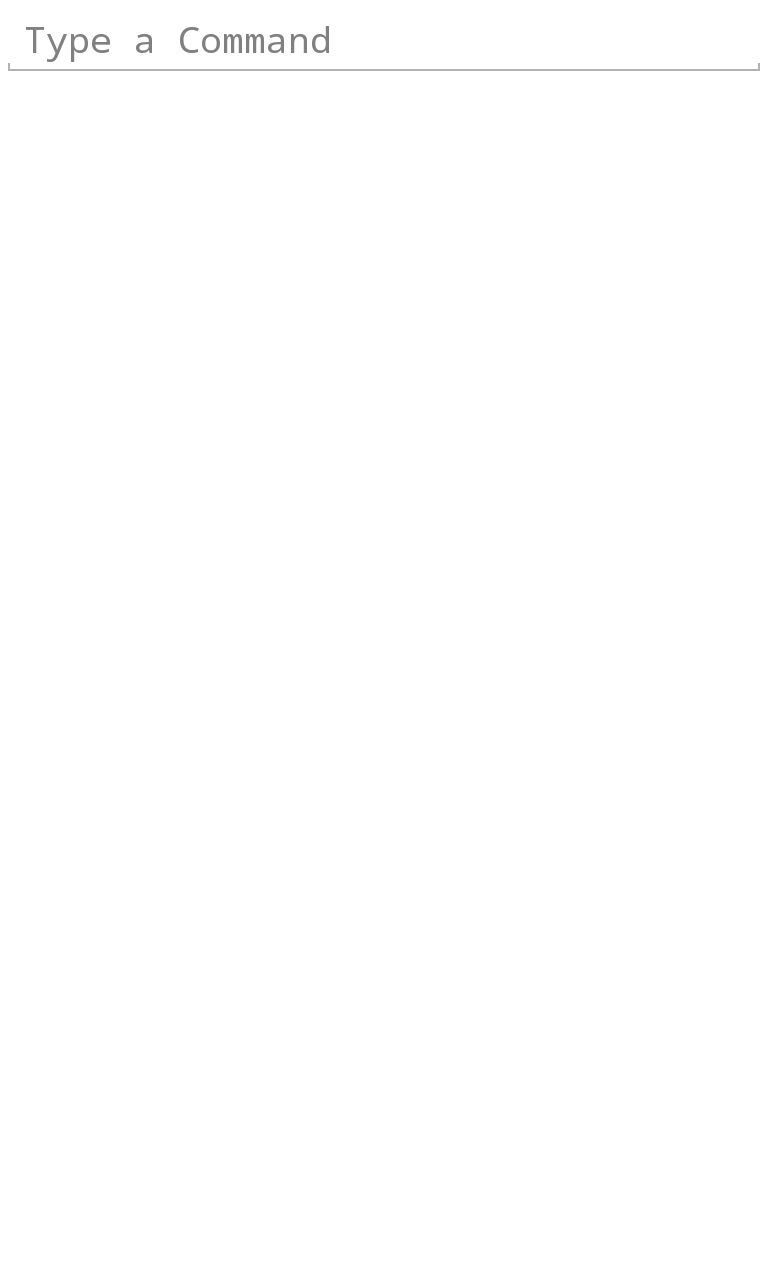
Repository: lcbasu/android
Layout: adt/TheNewBoston/res/layout/text.xml
The author's editor kept a copy of each file at every save. The layout is drawn from the files as they stood at one save, then again after the next save.
It is drawn on a 768 x 1280 px phone screen (xhdpi) without system bars, with theme AppTheme; the app's code is not run.

Above is the layout before, as saved 2014-05-19 05:49:01.

After the next save:
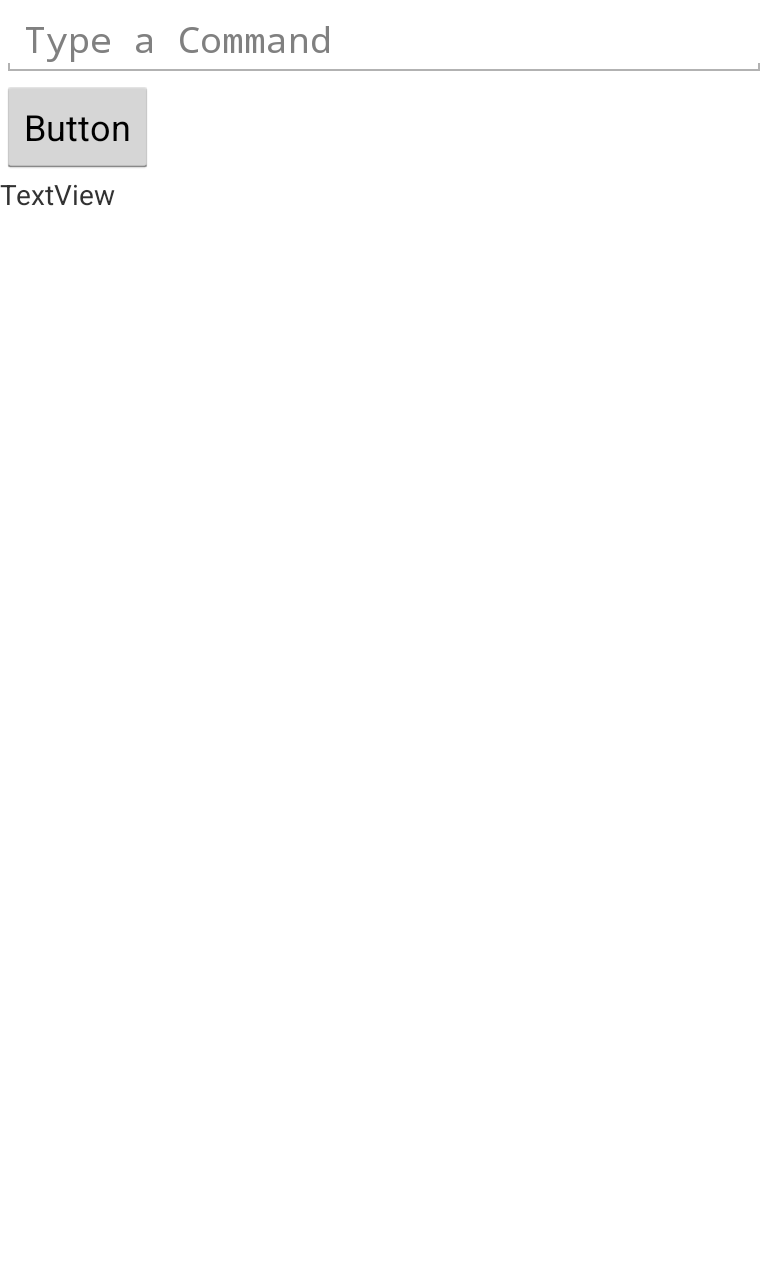
Saved 33 s later.
--- a/adt/TheNewBoston/res/layout/text.xml
+++ b/adt/TheNewBoston/res/layout/text.xml
@@ -11,4 +11,16 @@
         android:hint="Type a Command"
         android:password="true" />
 
+    <Button
+        android:id="@+id/button1"
+        android:layout_width="wrap_content"
+        android:layout_height="wrap_content"
+        android:text="Button" />
+
+    <TextView
+        android:id="@+id/textView1"
+        android:layout_width="wrap_content"
+        android:layout_height="wrap_content"
+        android:text="TextView" />
+
 </LinearLayout>
